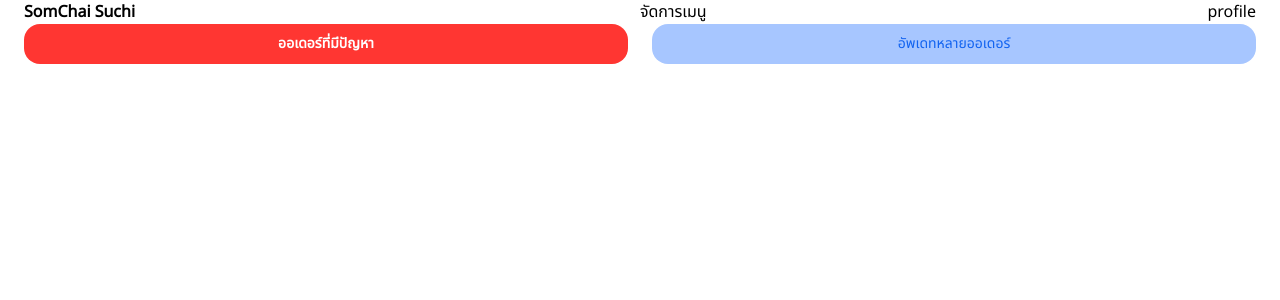
Repository: Pingping1004/food-ordering
Page: / (app in frontend/)
An editor plug-in stored every save of this project. The page is shown before and after a run of saves, followed by the edit.
The browser window is 1280 px wide. The pictures show the whole page.
The project was rebuilt for these pictures with package versions that can differ from the ones it lists, and the page was loaded fresh each time. The framework's server and built-in components were replaced by stand-ins that run in the browser. Also part of the build but not shown: frontend/next.config.ts.

Above is the page before, as saved 2025-06-04 04:31:12.

After the next 3 saves:
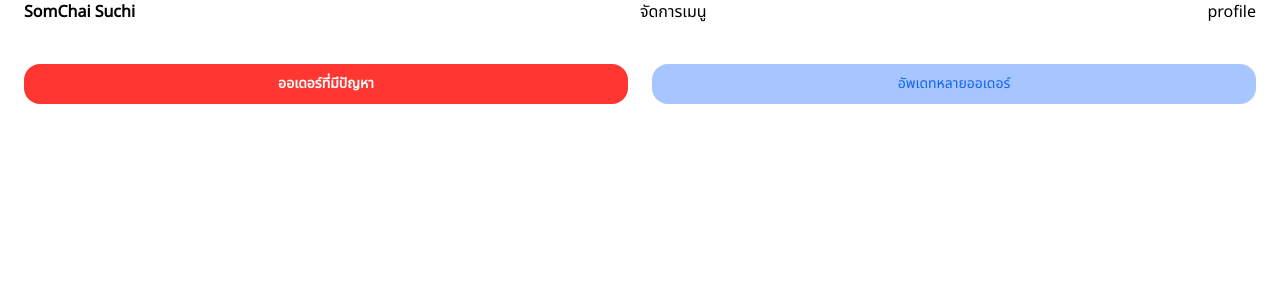
The 3 saves are shown as one change because they came seconds apart.
The last was saved 49 s later.
--- a/frontend/src/app/page.tsx
+++ b/frontend/src/app/page.tsx
@@ -4,7 +4,7 @@ export default function CookerHomePage() {
     return (
         <div>
             <CookerHeader />
-            <section className="grid grid-cols-2 px-6 gap-6 text-sm">
+            <section className="grid grid-cols-2 px-6 py-10 gap-6 text-sm">
                 <button className="bg-danger-main text-white noto-sans-bold px-5 py-2.5 rounded-2xl">ออเดอร์ที่มีปัญหา</button>
                 <button className="bg-primary-light text-primary-main noto-sans-regular px-5 py-2.5 rounded-2xl">อัพเดทหลายออเดอร์</button>
             </section>
